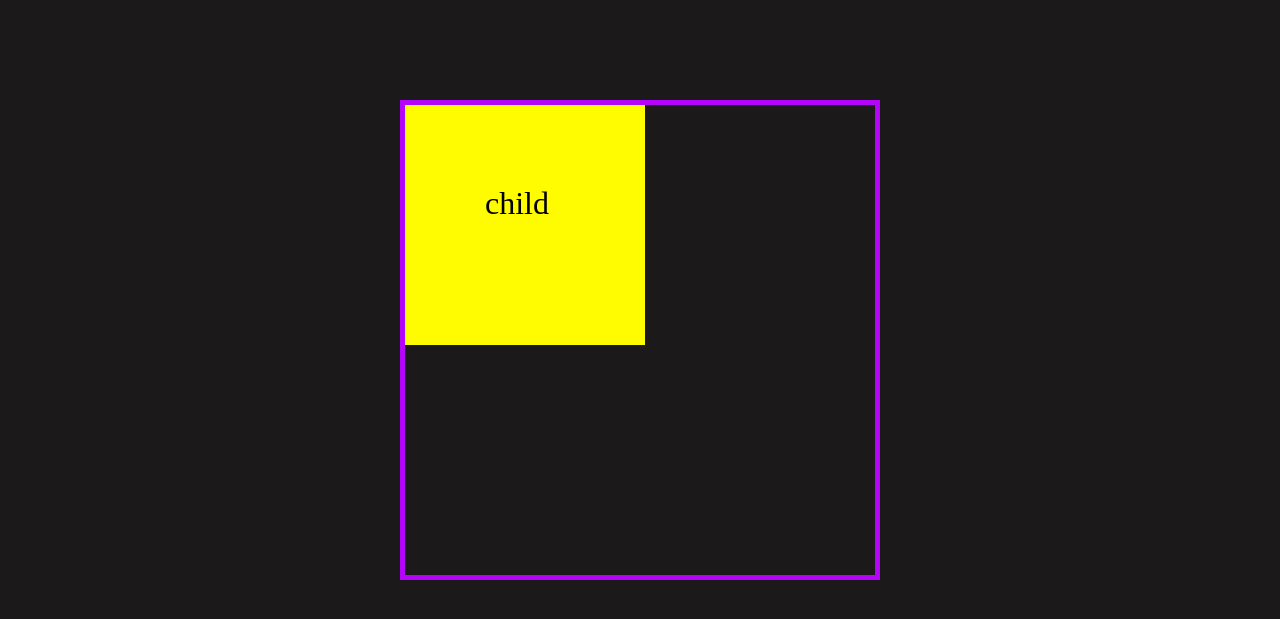
Repository: badhon252/revision
Page: Day-5/index.html
The author's editor kept a copy of each file at every save. The page is drawn from the files as they stood at one save, then again after the next save.
The browser window is 1280 px wide. The pictures show the whole page.

Above is the page before, as saved 2022-02-11 23:05:54.

After the next save:
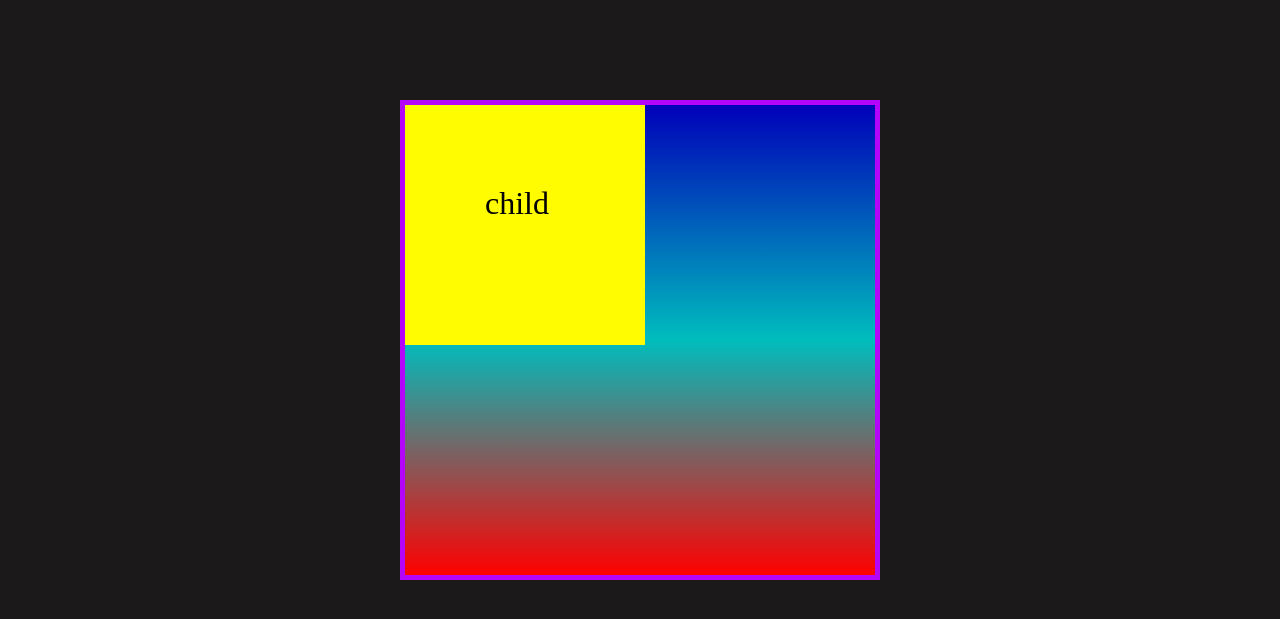
Saved 9 s later.
--- a/Day-5/index.css
+++ b/Day-5/index.css
@@ -12,7 +12,7 @@
     to bottom,
     rgb(0, 0, 185),
     rgb(0, 189, 189),
-    rgb(255, 0, 0) rgb(194, 0, 0)
+    rgb(255, 0, 0)
   );
   margin: 100px auto;
   border: 5px solid rgb(180, 5, 250);
